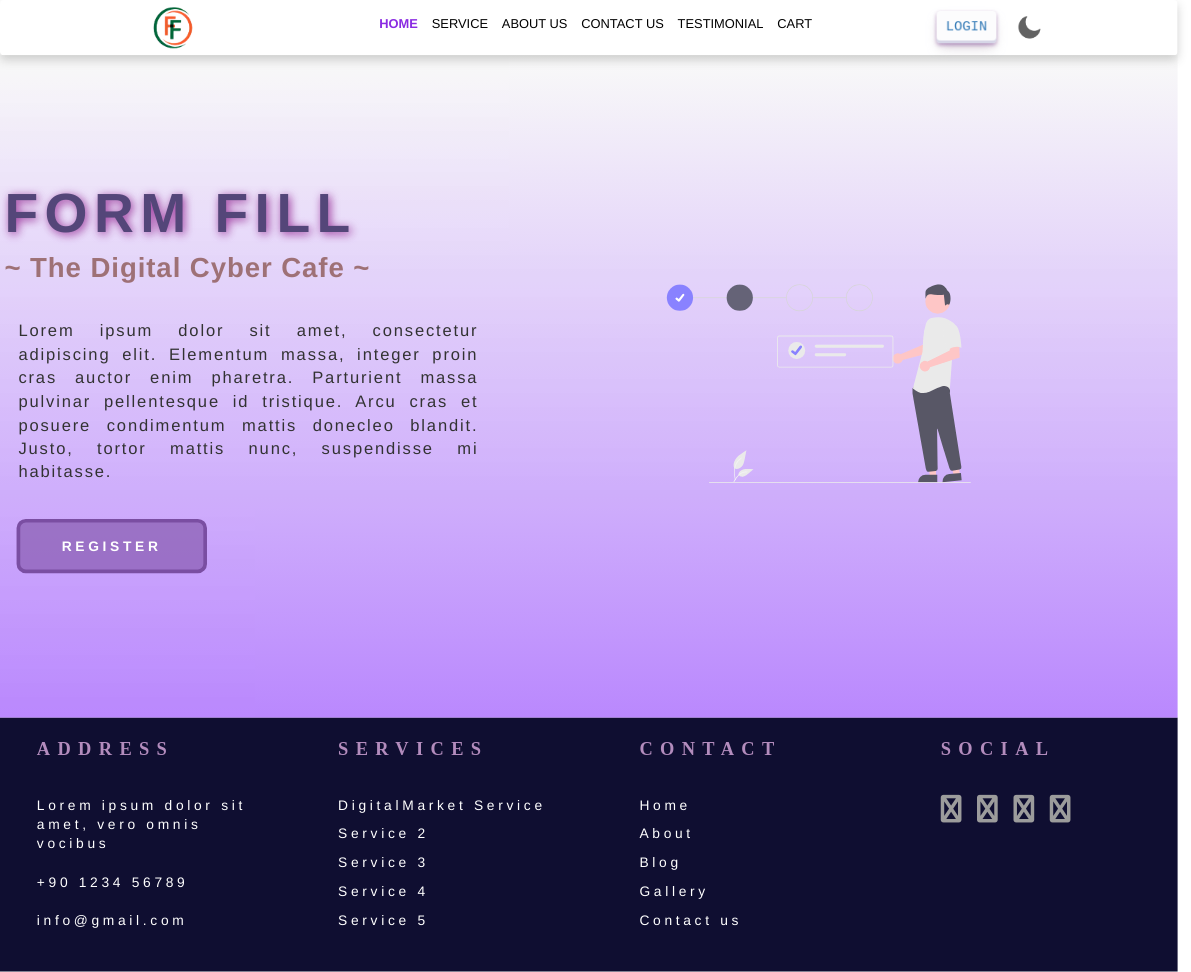
Repository: codervivek5/Formfil
Page: index.html
The author's editor kept a copy of each file at every save. The page is drawn from the files as they stood at one save, then again after the next save.
The browser window is 1280 px wide. The page is 1295 px wide, so the pictures cover 1295 px, including what lies to the right of the window. The pictures show the whole page, at 92% of full size.
Some web fonts or font styles are not loaded; a fallback is used.

Above is the page before, as saved 2023-03-04 21:02:49.

After the next save:
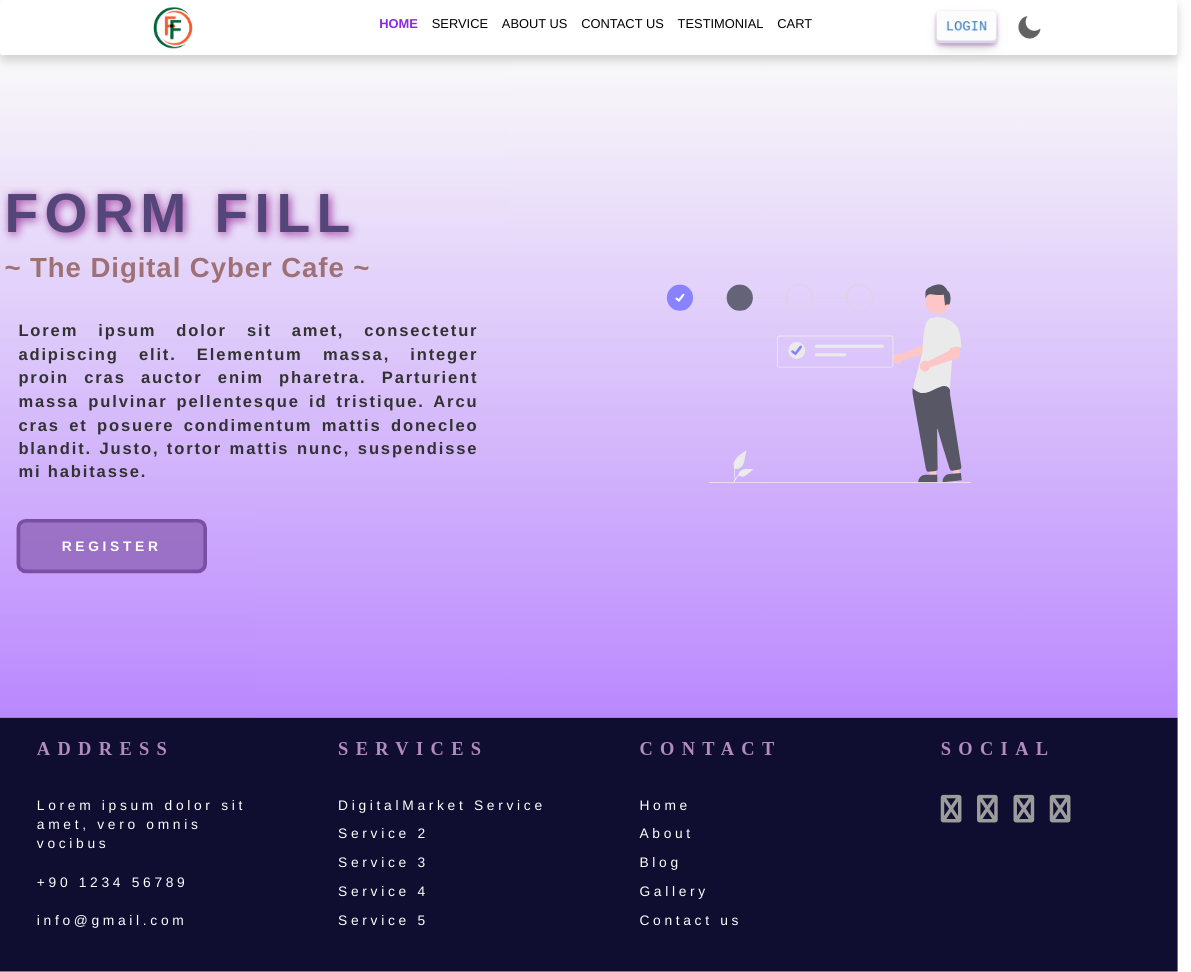
Saved 12 s later.
--- a/style/style.css
+++ b/style/style.css
@@ -222,7 +222,7 @@
   margin-top: 30px;
   padding-left: 60px;
   letter-spacing: 2px;
-  font-weight: 400;
+  font-weight: 700;
 
 }
 .content .btn{

After the 2 saves that followed:
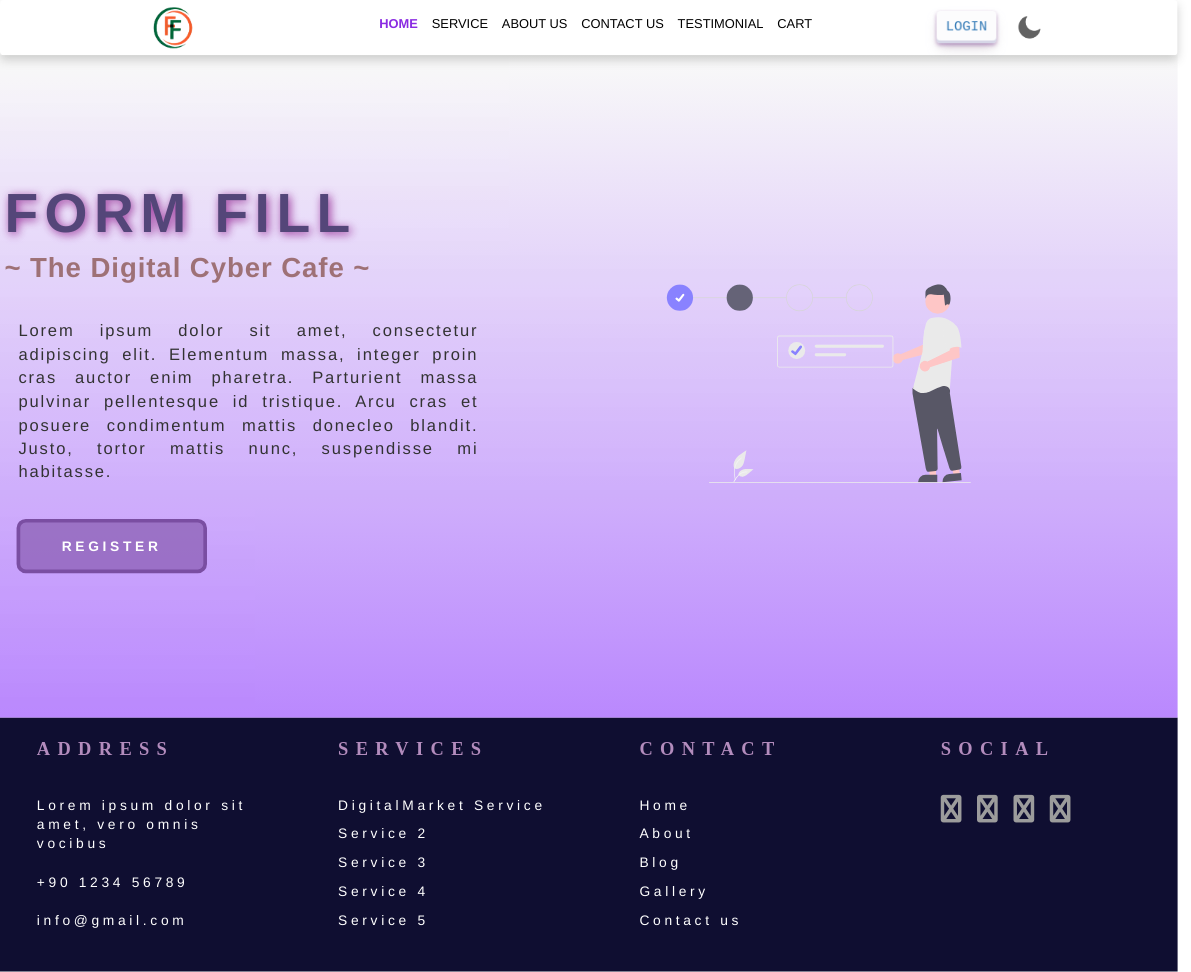
The 2 saves are shown as one change because 1 left the picture as it was.
The last was saved 13 s later.
--- a/style/style.css
+++ b/style/style.css
@@ -222,7 +222,7 @@
   margin-top: 30px;
   padding-left: 60px;
   letter-spacing: 2px;
-  font-weight: 700;
+  font-weight: 500;
 
 }
 .content .btn{
